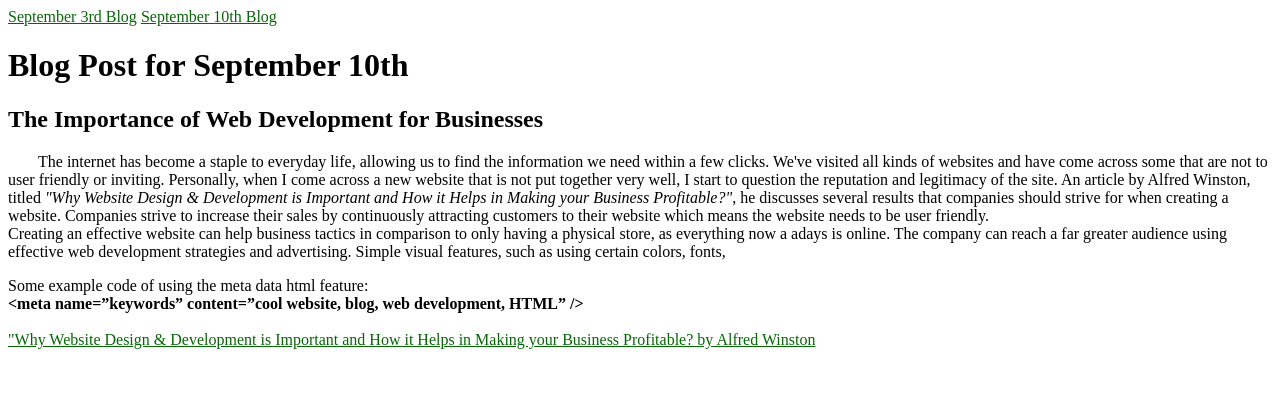
Repository: alharama/WebBlog
Page: second_blog.html
The author's editor kept a copy of each file at every save. The page is drawn from the files as they stood at one save, then again after the next save.
The browser window is 1280 px wide. The pictures show the whole page.

Above is the page before, as saved 2021-09-09 17:34:36.

After the next save:
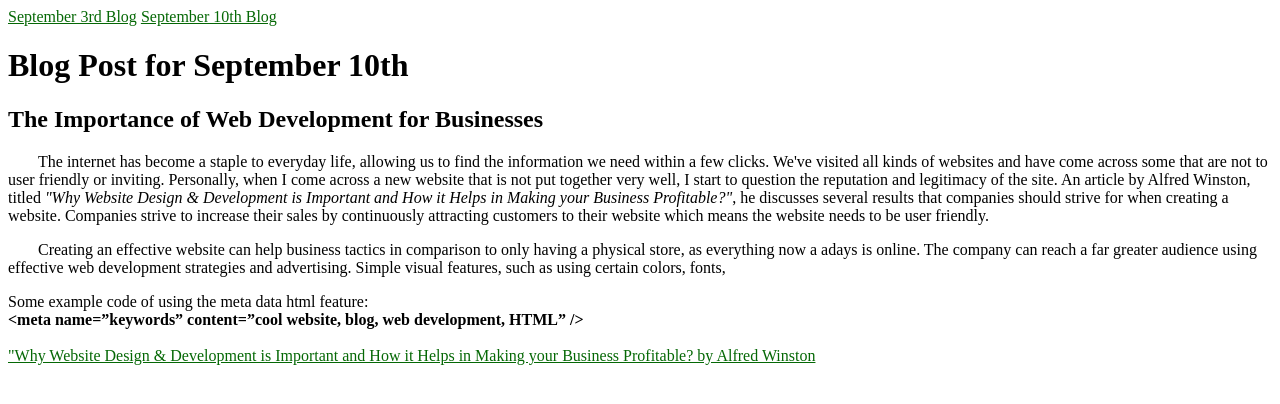
Saved 20 s later.
--- a/second_blog.html
+++ b/second_blog.html
@@ -37,7 +37,9 @@
         <i>"Why Website Design & Development is Important and How it Helps in Making your Business Profitable?"</i>, he discusses several results
         that companies should strive for when creating a website. Companies strive to increase their sales by continuously attracting customers to their
         website which means the website needs to be user friendly. </br>
-            Creating an effective website can help business tactics in comparison to only having a physical store, as everything now a adays is online.
+    </p>
+    <p>
+        Creating an effective website can help business tactics in comparison to only having a physical store, as everything now a adays is online.
         The company can reach a far greater audience using effective web development strategies and advertising. Simple visual features, such as using certain
         colors, fonts,
     </p>
